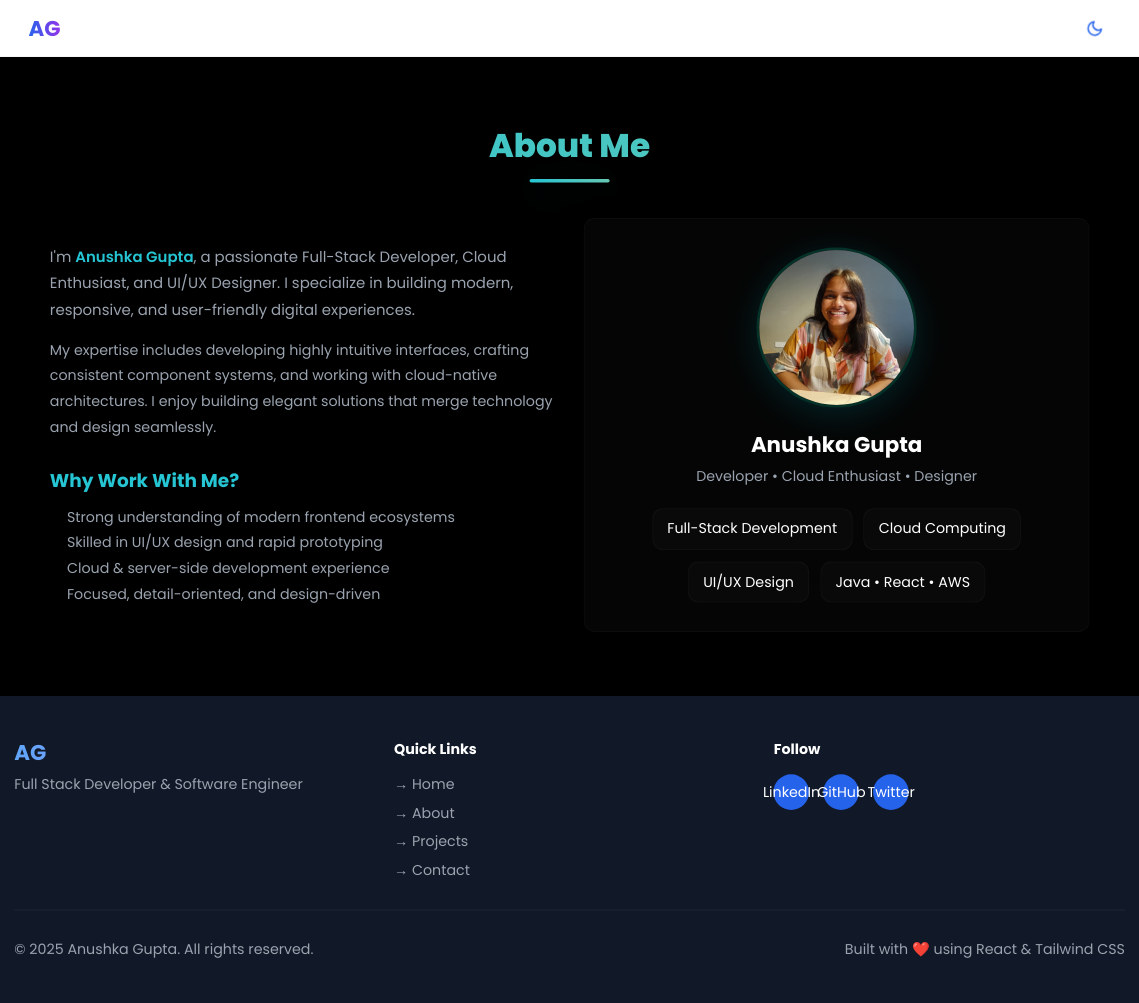
Repository: AnushkaGupta1120/Portfolio
Page: /about
An editor plug-in stored every save of this project. The page is shown before and after the next save, followed by the edit.
The browser window is 1280 px wide. The pictures show the whole page, at 89% of full size.
The project was rebuilt for these pictures with package versions that can differ from the ones it lists, and the page was loaded fresh each time. Also part of the build but not shown: vite.config.js, src/styles/Home.css, src/pages/Hero.jsx, src/pages/SkillsCategories.jsx, src/pages/Skills.jsx, src/pages/ProjectCard.jsx, src/pages/Projects.jsx, src/pages/Achievements.jsx and 4 more.

Above is the page before, as saved 2025-12-12 23:41:25.

### index.html
<!DOCTYPE html>
<html lang="en">
<head>
  <meta charset="UTF-8" />
  <meta name="viewport" content="width=device-width, initial-scale=1.0" />

  <!-- Meta Tags -->
  <meta name="description" content="Anushka Gupta - Full Stack Developer & Software Engineer. Building scalable and user-friendly solutions with React, Node.js, and modern web technologies." />
  <meta name="keywords" content="full stack developer, software engineer, react, node.js, web development, portfolio" />
  <meta name="author" content="Anushka Gupta" />
  <meta name="theme-color" content="#2563eb" />

  <!-- Open Graph Tags -->
  <meta property="og:type" content="website" />
  <meta property="og:title" content="Anushka Gupta - Full Stack Developer" />
  <meta property="og:description" content="Turning ideas into scalable and user-friendly solutions. Full Stack Developer & Software Engineer specializing in React, Node.js, and Cloud Technologies." />
  <meta property="og:url" content="https://anushkagupta-portfolio.com" />
  <meta property="og:image" content="https://anushkagupta-portfolio.com/og-image.png" />

  <!-- Twitter Card -->
  <meta name="twitter:card" content="summary_large_image" />
  <meta name="twitter:title" content="Anushka Gupta - Full Stack Developer" />
  <meta name="twitter:description" content="Full Stack Developer specializing in React, Node.js, and Cloud Technologies" />
  <meta name="twitter:image" content="https://anushkagupta-portfolio.com/og-image.png" />

  <!-- Favicon -->
  <link rel="icon" type="image/svg+xml" href="/favicon.svg" />
  <title>Anushka Gupta - Full Stack Developer & Software Engineer</title>

  <!-- Preload Fonts -->
  <link rel="preload" href="https://fonts.googleapis.com/css2?family=Poppins:wght@300;400;500;600;700;800;900&family=Inter:wght@300;400;500;600;700&display=swap" as="style" />

  <!-- Google Analytics (Optional) -->
  <script async src="https://www.googletagmanager.com/gtag/js?id=GA_MEASUREMENT_ID"></script>
  <script>
    window.dataLayer = window.dataLayer || [];
    function gtag(){dataLayer.push(arguments);}
    gtag('js', new Date());
    gtag('config', 'GA_MEASUREMENT_ID');
  </script>
</head>
<body>
  <div id="root"></div>
  <script type="module" src="/src/main.jsx"></script>
</body>
</html>

### src/main.jsx
import React from 'react'
import ReactDOM from 'react-dom/client'
import { BrowserRouter } from 'react-router-dom'   // ✔ ADD THIS
import App from './App.jsx'
import './index.css'

ReactDOM.createRoot(document.getElementById('root')).render(
  <React.StrictMode>
    <BrowserRouter>       {/* ✔ WRAP YOUR APP */}
      <App />
    </BrowserRouter>
  </React.StrictMode>
)

### src/App.jsx
import React from "react";
import { Routes, Route } from "react-router-dom";

import Navbar from "./components/Navbar";
import Footer from "./components/Footer";

// Pages from your folder structure
import Hero from "./pages/Hero";
import About from "./pages/About";
import Skills from "./pages/Skills";
import Projects from "./pages/Projects";
import Achievements from "./pages/Achievements";
import Education from "./pages/Education";
import Resume from "./pages/Resume";
import Contact from "./pages/Contact";
import GetMeACoffee from "./pages/GetMeACoffee";

export default function App() {
  return (
    <div className="app">
      <Navbar />

      <main style={{ flex: 1 }}>
        <Routes>
          <Route path="/" element={<Hero />} />
          <Route path="/about" element={<About />} />
          <Route path="/skills" element={<Skills />} />
          <Route path="/projects" element={<Projects />} />
          <Route path="/achievements" element={<Achievements />} />
          <Route path="/education" element={<Education />} />
          <Route path="/resume" element={<Resume />} />
          <Route path="/coffee" element={<GetMeACoffee />} />
          <Route path="/contact" element={<Contact />} />

          {/* Optional 404 page */}
          {/* <Route path="*" element={<NotFound />} /> */}
        </Routes>
      </main>

      <Footer />
    </div>
  );
}

### src/components/Navbar.jsx
import { useState } from 'react';
import { FiMenu, FiX, FiMoon, FiSun } from 'react-icons/fi';

export default function Navbar({ darkMode, setDarkMode }) {
  const [menuOpen, setMenuOpen] = useState(false);

  const scrollToSection = (id) => {
    const element = document.getElementById(id);
    if (element) {
      element.scrollIntoView({ behavior: 'smooth' });
      setMenuOpen(false);
    }
  };

  const navLinks = [
    { id: 'home', label: 'Home' },
    { id: 'about', label: 'About' },
    { id: 'skills', label: 'Skills' },
    { id: 'projects', label: 'Projects' },
    { id: 'experience', label: 'Experience' },
    { id: 'contact', label: 'Contact' },
  ];

  return (
    <nav className="sticky top-0 z-50 bg-white dark:bg-gray-900 shadow-lg dark:shadow-gray-800 transition-colors duration-300">
      <div className="max-w-7xl mx-auto px-4 sm:px-6 lg:px-8">
        <div className="flex justify-between items-center h-16">
          {/* Logo */}
          <div className="flex-shrink-0">
            <a href="#home" className="text-2xl font-bold bg-gradient-to-r from-blue-600 to-purple-600 bg-clip-text text-transparent hover:scale-105 transition-transform duration-300 cursor-pointer animate-fadeIn">
              AG
            </a>
          </div>

          {/* Desktop Navigation */}
          <div className="hidden md:flex items-center space-x-1">
            {navLinks.map((link, index) => (
              <button
                key={link.id}
                onClick={() => scrollToSection(link.id)}
                className="px-3 py-2 text-sm font-medium rounded-md hover:bg-gray-100 dark:hover:bg-gray-800 transition-all duration-300 hover:text-blue-600 dark:hover:text-blue-400 animate-slideInDown"
                style={{ animationDelay: `${index * 0.1}s` }}
              >
                {link.label}
              </button>
            ))}
          </div>

          {/* Right Section - Theme Toggle and Mobile Menu */}
          <div className="flex items-center space-x-4">
            <button
              onClick={() => setDarkMode(!darkMode)}
              className="p-2 rounded-lg hover:bg-gray-100 dark:hover:bg-gray-800 transition-all duration-300 transform hover:scale-110"
            >
              {darkMode ? (
                <FiSun className="w-5 h-5 text-yellow-400 animate-spin-slow" />
              ) : (
                <FiMoon className="w-5 h-5 text-blue-600 animate-bounce-slow" />
              )}
            </button>

            {/* Mobile menu button */}
            <button
              onClick={() => setMenuOpen(!menuOpen)}
              className="md:hidden p-2 rounded-lg hover:bg-gray-100 dark:hover:bg-gray-800 transition-all duration-300 transform hover:scale-110"
            >
              {menuOpen ? (
                <FiX className="w-6 h-6 animate-rotateIn" />
              ) : (
                <FiMenu className="w-6 h-6 animate-rotateIn" />
              )}
            </button>
          </div>
        </div>

        {/* Mobile Navigation */}
        {menuOpen && (
          <div className="md:hidden bg-gray-50 dark:bg-gray-800 animate-slideDown">
            <div className="px-2 pt-2 pb-3 space-y-1">
              {navLinks.map((link) => (
                <button
                  key={link.id}
                  onClick={() => scrollToSection(link.id)}
                  className="block w-full text-left px-3 py-2 rounded-md text-base font-medium hover:bg-gray-100 dark:hover:bg-gray-700 transition-all duration-300 hover:text-blue-600 dark:hover:text-blue-400 animate-fadeIn"
                >
                  {link.label}
                </button>
              ))}
            </div>
          </div>
        )}
      </div>
    </nav>
  );
}

### src/components/Footer.jsx
export default function Footer() {
  const currentYear = new Date().getFullYear();

  return (
    <footer className="bg-gray-900 dark:bg-black text-white py-12 px-4">
      <div className="max-w-7xl mx-auto">
        <div className="grid grid-cols-1 md:grid-cols-3 gap-8 mb-8">
          {/* Brand */}
          <div className="animate-fadeInLeft animation-delay-300">
            <h3 className="text-2xl font-bold bg-gradient-to-r from-blue-400 to-purple-400 bg-clip-text text-transparent mb-2">
              AG
            </h3>
            <p className="text-gray-400">Full Stack Developer & Software Engineer</p>
          </div>

          {/* Quick Links */}
          <div className="animate-fadeIn animation-delay-400">
            <h4 className="font-bold mb-4">Quick Links</h4>
            <div className="space-y-2 text-gray-400">
              {['Home', 'About', 'Projects', 'Contact'].map((link) => (
                <a
                  key={link}
                  href={`#${link.toLowerCase()}`}
                  className="block hover:text-blue-400 transition-colors duration-300 transform hover:translate-x-1"
                >
                  → {link}
                </a>
              ))}
            </div>
          </div>

          {/* Social Links */}
          <div className="animate-fadeInRight animation-delay-500">
            <h4 className="font-bold mb-4">Follow</h4>
            <div className="flex gap-4">
              {['LinkedIn', 'GitHub', 'Twitter'].map((social) => (
                <a
                  key={social}
                  href="#"
                  className="w-10 h-10 rounded-full bg-blue-600 hover:bg-purple-600 flex items-center justify-center transition-all duration-300 transform hover:scale-110 hover:-translate-y-1"
                >
                  {social}
                </a>
              ))}
            </div>
          </div>
        </div>

        <div className="border-t border-gray-800 pt-8 flex flex-col md:flex-row justify-between items-center gap-4 animate-slideInUp animation-delay-600">
          <p className="text-gray-400">
            © {currentYear} Anushka Gupta. All rights reserved.
          </p>
          <p className="text-gray-400">
            Built with ❤️ using React & Tailwind CSS
          </p>
        </div>
      </div>
    </footer>
  );
}

### src/pages/About.jsx
import React from "react";

export default function About() {
  return (
    <section id="about" className="section">
      <div className="container-max">

        {/* Heading */}
        <div style={{ textAlign: "center", marginBottom: "2.5rem" }}>
          <h2
            style={{
              background: "var(--teal-grad)",
              WebkitBackgroundClip: "text",
              color: "transparent",
              fontSize: "2.3rem",
              fontWeight: 800,
            }}
          >
            About Me
          </h2>
          <div
            className="divider"
            style={{
              width: "90px",
              height: "4px",
              margin: "10px auto",
              borderRadius: "8px",
              background: "var(--teal-grad)",
              boxShadow: "var(--glow-medium)",
            }}
          />
        </div>

        {/* Main Grid */}
        <div
          style={{
            display: "grid",
            gridTemplateColumns: "1fr 1fr",
            gap: "2rem",
            alignItems: "center",
          }}
        >
          {/* Left Side */}
          <div>
            <p className="text-muted" style={{ lineHeight: "1.8", fontSize: "1.05rem" }}>
              I'm <span style={{ color: "var(--teal-1)", fontWeight: 600 }}>Anushka Gupta</span>,
              a passionate Full-Stack Developer, Cloud Enthusiast, and UI/UX Designer.
              I specialize in building modern, responsive, and user-friendly digital experiences.
            </p>

            <p className="text-muted" style={{ marginTop: "1rem", lineHeight: "1.8" }}>
              My expertise includes developing highly intuitive interfaces, crafting consistent
              component systems, and working with cloud-native architectures. I enjoy building
              elegant solutions that merge technology and design seamlessly.
            </p>

            {/* Quick Facts */}
            <div style={{ marginTop: "1.8rem" }}>
              <h3
                style={{
                  color: "var(--teal-1)",
                  fontSize: "1.3rem",
                  fontWeight: 700,
                  marginBottom: "0.8rem",
                }}
              >
                Why Work With Me?
              </h3>

              <ul
                style={{
                  paddingLeft: "1.2rem",
                  lineHeight: "1.8",
                  color: "var(--muted)",
                }}
              >
                <li>Strong understanding of modern frontend ecosystems</li>
                <li>Skilled in UI/UX design and rapid prototyping</li>
                <li>Cloud & server-side development experience</li>
                <li>Focused, detail-oriented, and design-driven</li>
              </ul>
            </div>
          </div>

          {/* Right Side Card */}
          <div>
            <div className="card" style={{ padding: "2rem", textAlign: "center" }}>
              <img
                src="/profile.jpg"
                alt="Anushka Gupta"
                style={{
                  width: "180px",
                  height: "180px",
                  borderRadius: "100%",
                  margin: "0 auto",
                  border: "3px solid rgba(0,255,198,0.18)",
                  boxShadow: "var(--glow-medium)",
                  objectFit: "cover",
                }}
              />

              <h3 style={{ marginTop: "1.5rem", fontSize: "1.5rem", fontWeight: 700 }}>
                Anushka Gupta
              </h3>

              <p className="text-muted" style={{ marginBottom: "1.5rem", marginTop: "0.3rem" }}>
                Developer • Cloud Enthusiast • Designer
              </p>

              {/* Stats / Info Chips */}
              <div
                style={{
                  display: "flex",
                  flexWrap: "wrap",
                  gap: "0.8rem",
                  justifyContent: "center",
                  marginTop: "1rem",
                }}
              >
                <span className="info-chip">Full-Stack Development</span>
                <span className="info-chip">Cloud Computing</span>
                <span className="info-chip">UI/UX Design</span>
                <span className="info-chip">Java • React • AWS</span>
              </div>
            </div>
          </div>
        </div>

      </div>
    </section>
  );
}

Loaded but not shown: tailwind.config.js (136 lines, source omitted); src/index.css (294 lines, source omitted)

After the next save:
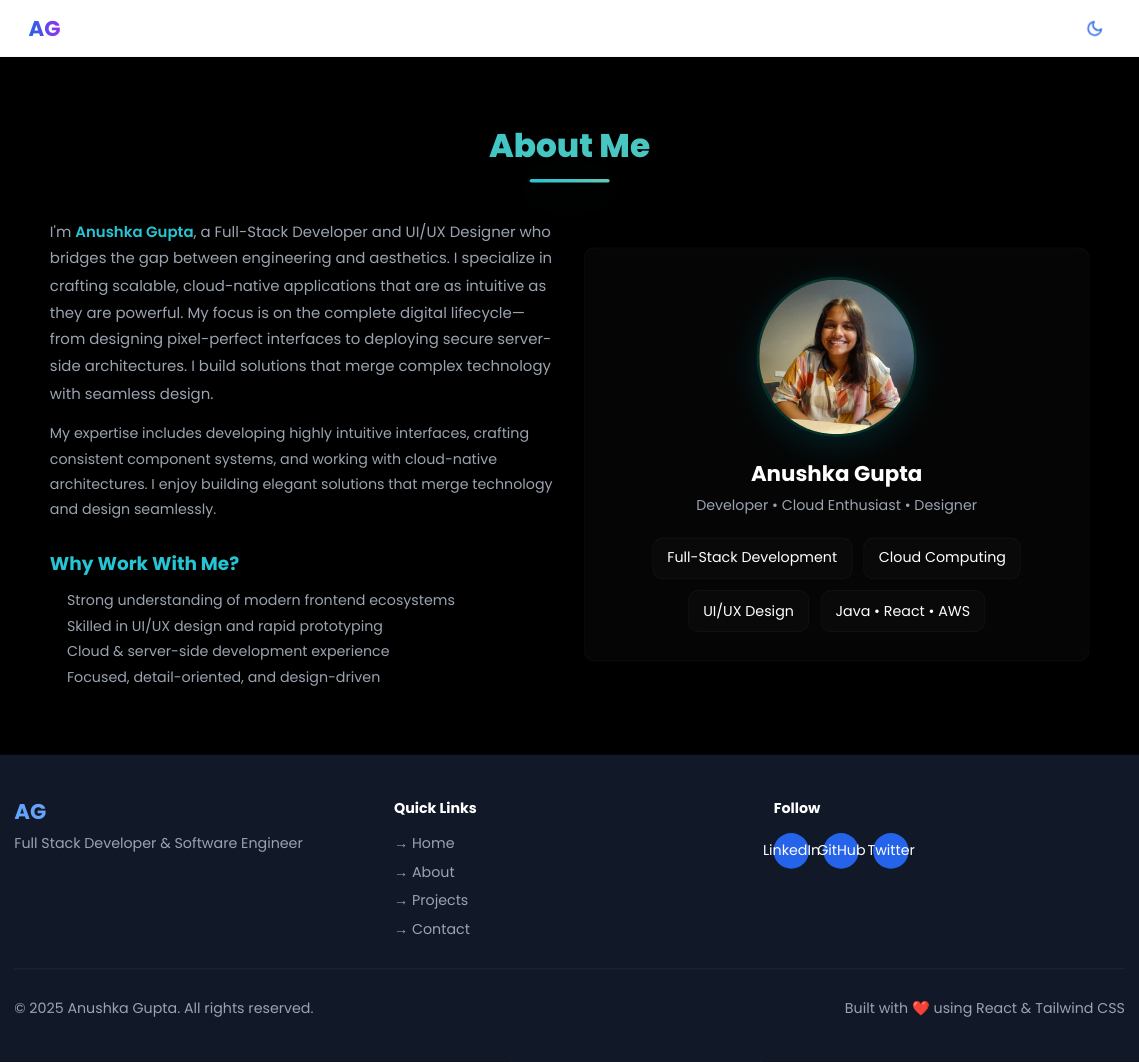
Saved 9 days later.
--- a/src/pages/About.jsx
+++ b/src/pages/About.jsx
@@ -44,8 +44,9 @@ export default function About() {
           <div>
             <p className="text-muted" style={{ lineHeight: "1.8", fontSize: "1.05rem" }}>
               I'm <span style={{ color: "var(--teal-1)", fontWeight: 600 }}>Anushka Gupta</span>,
-              a passionate Full-Stack Developer, Cloud Enthusiast, and UI/UX Designer.
-              I specialize in building modern, responsive, and user-friendly digital experiences.
+              a Full-Stack Developer and UI/UX Designer who bridges the gap between engineering and aesthetics. I specialize in crafting scalable, cloud-native applications that are as intuitive as they are powerful.
+
+My focus is on the complete digital lifecycle—from designing pixel-perfect interfaces to deploying secure server-side architectures. I build solutions that merge complex technology with seamless design.
             </p>
 
             <p className="text-muted" style={{ marginTop: "1rem", lineHeight: "1.8" }}>
